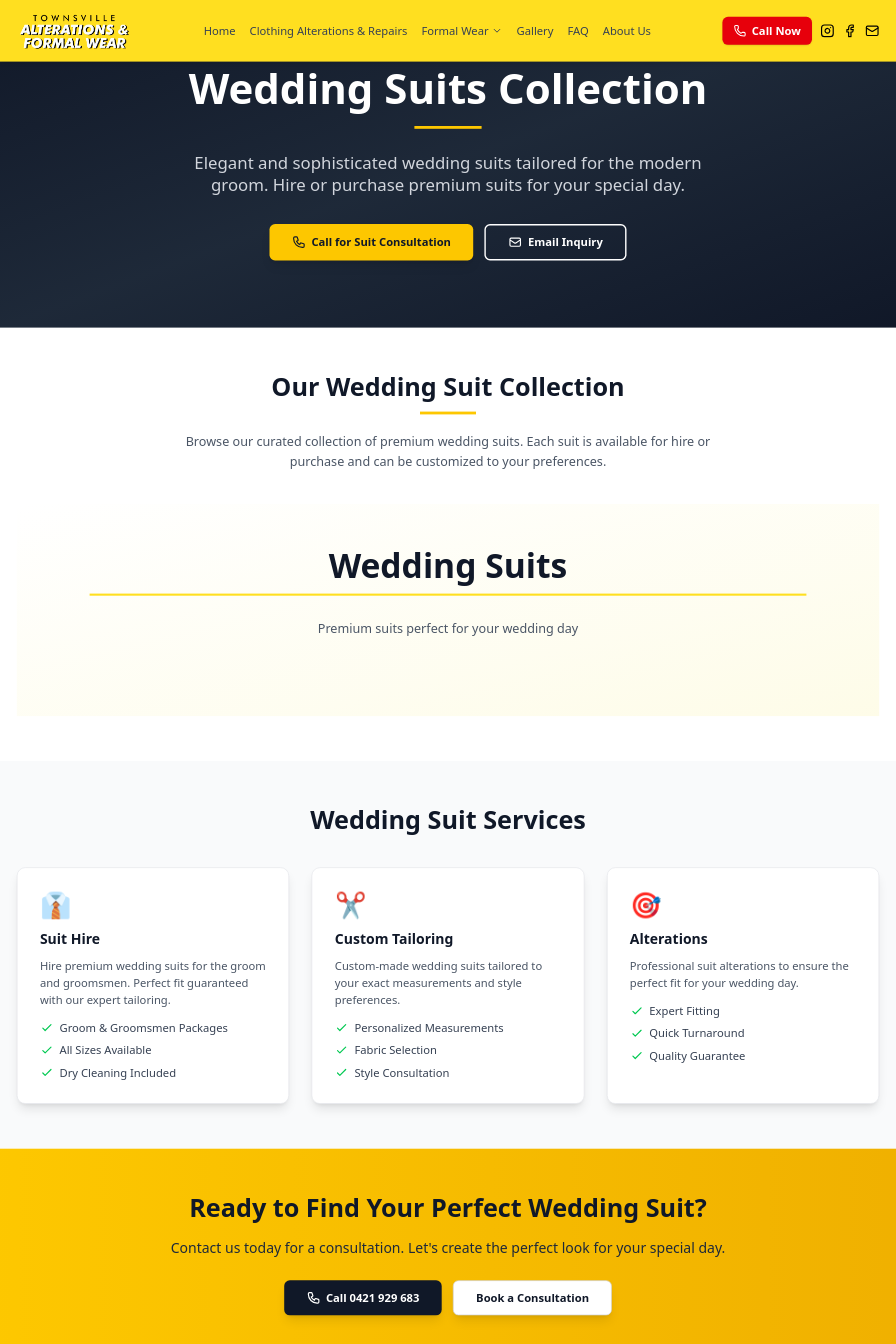
Repository: tarekhasan1/townsville-alteration
Page: /wedding-suits
The author's editor kept a copy of each file at every save. The page is drawn from the files as they stood at one save, then again after the next save.
The browser window is 1280 px wide. The pictures show the part of the page from y = 0 to 1920 px (the page is 2503 px tall before and 2603 px after), at 70% of full size.
The page's requests for data from a server got no answer. The project was rebuilt for these pictures with package versions that can differ from the ones it lists, and the page was loaded fresh each time. The framework's server and built-in components were replaced by stand-ins that run in the browser. No one was signed in, and anything a server would have sent is missing. Also part of the build but not shown: next.config.ts.

Above is the page before, as saved 2026-01-21 06:02:28.

### src/app/layout.tsx
// app/layout.tsx
import type { Metadata } from "next";
import { Geist, Geist_Mono } from "next/font/google";
import "./globals.css";
import Navbar from "@/components/Navbar";
import ContactSection from "@/components/ContactSection";
import DevelopedBy from "@/components/DevelopedBy";
import { headers } from "next/headers";
import LayoutShell from "@/components/LayoutShell";

const geistSans = Geist({
  variable: "--font-geist-sans",
  subsets: ["latin"],
});

const geistMono = Geist_Mono({
  variable: "--font-geist-mono",
  subsets: ["latin"],
});

export const metadata: Metadata = {
  title: "Townsville Alterations and Formal Wear | Tailoring, Suit Hire, Alterations",
  description: "Townsville Alterations and Formal Wear - Reinvent Your Wardrobe. Hire or tailor-make outfits that turn heads. Expert suit hire, bridal alterations, and tailoring in Townsville.",
  keywords: "Townsville Tailoring, Formal Wear Townsville, Suit Hire, Alterations, Wedding Dress Alterations, Custom Tailoring",
  authors: [{ name: "Townsville Alterations & Formal Wear" }],
  creator: "Townsville Alterations & Formal Wear",
  publisher: "Townsville Alterations & Formal Wear",
  robots: "index, follow",
  icons: "/logo.png",
};

export default function RootLayout({ children }: { children: React.ReactNode }) {
  return (
    <html lang="en">
      <body>
        <LayoutShell>{children}</LayoutShell>
      </body>
    </html>
  );
}

### src/app/wedding-suits/page.tsx
// app/wedding-suits/page.tsx
import { Metadata } from 'next';
import ImageGallery from '@/components/ImageGallery';

export const metadata: Metadata = {
  title: 'Wedding Suits Collection | Townsville Alterations & Formal Wear',
  description: 'Browse our premium wedding suit collection for hire and purchase in Townsville. Perfectly tailored suits for grooms, groomsmen, and wedding parties.',
  keywords: ['wedding suits', 'groom suits', 'groomsmen suits', 'wedding attire', 'formal suits Townsville', 'wedding suit hire', 'custom wedding suits'],
  openGraph: {
    title: 'Wedding Suits Collection | Townsville Alterations & Formal Wear',
    description: 'Premium wedding suits for hire and purchase. Perfectly tailored for your special day.',
    type: 'website',
    locale: 'en_AU',
  },
  alternates: {
    canonical: 'https://townsvillealterationsformalwear.com/wedding-suits',
  },
  robots: {
    index: true,
    follow: true,
    googleBot: {
      index: true,
      follow: true,
      'max-video-preview': -1,
      'max-image-preview': 'large',
      'max-snippet': -1,
    },
  },
};

export default function WeddingSuitsPage() {
  return (
    <main>
      {/* Hero Section */}
      <section className="relative bg-gradient-to-br from-gray-900 via-gray-800 to-gray-900 text-white py-16 md:py-24 px-6">
        <div className="max-w-7xl mx-auto text-center">
          <h1 className="text-4xl md:text-5xl lg:text-6xl font-bold mb-6">
            Wedding Suits Collection
          </h1>
          <div className="w-24 h-1 bg-yellow-400 mx-auto mb-8"></div>
          <p className="text-xl md:text-2xl text-gray-300 max-w-3xl mx-auto mb-10">
            Elegant and sophisticated wedding suits tailored for the modern groom.
            Hire or purchase premium suits for your special day.
          </p>
          <div className="flex flex-col sm:flex-row gap-4 justify-center">
            <a
              href="tel:0421929683"
              className="inline-flex items-center justify-center bg-yellow-400 text-gray-900 hover:bg-yellow-500 font-bold py-3 px-8 rounded-lg transition-all duration-300 shadow-lg hover:shadow-xl transform hover:-translate-y-1"
            >
              <svg className="w-5 h-5 mr-2" fill="none" stroke="currentColor" viewBox="0 0 24 24">
                <path strokeLinecap="round" strokeLinejoin="round" strokeWidth="2" d="M3 5a2 2 0 012-2h3.28a1 1 0 01.948.684l1.498 4.493a1 1 0 01-.502 1.21l-2.257 1.13a11.042 11.042 0 005.516 5.516l1.13-2.257a1 1 0 011.21-.502l4.493 1.498a1 1 0 01.684.949V19a2 2 0 01-2 2h-1C9.716 21 3 14.284 3 6V5z" />
              </svg>
              Call for Suit Consultation
            </a>
            <a
              href="mailto:tranglecong2014@gmail.com?subject=Wedding Suit Inquiry"
              className="inline-flex items-center justify-center bg-transparent border-2 border-white text-white hover:bg-white hover:text-gray-900 font-bold py-3 px-8 rounded-lg transition-all duration-300"
            >
              <svg className="w-5 h-5 mr-2" fill="none" stroke="currentColor" viewBox="0 0 24 24">
                <path strokeLinecap="round" strokeLinejoin="round" strokeWidth="2" d="M3 8l7.89 5.26a2 2 0 002.22 0L21 8M5 19h14a2 2 0 002-2V7a2 2 0 00-2-2H5a2 2 0 00-2 2v10a2 2 0 002 2z" />
              </svg>
              Email Inquiry
            </a>
          </div>
        </div>
      </section>

      {/* Gallery Section */}
      <section className="py-16 px-6">
        <div className="max-w-7xl mx-auto">
          <div className="text-center mb-12">
            <h2 className="text-3xl md:text-4xl font-bold text-gray-900 mb-4">
              Our Wedding Suit Collection
            </h2>
            <div className="w-20 h-1 bg-yellow-400 mx-auto mb-6"></div>
            <p className="text-lg text-gray-600 max-w-3xl mx-auto">
              Browse our curated collection of premium wedding suits. Each suit is available for hire
              or purchase and can be customized to your preferences.
            </p>
          </div>

          <ImageGallery
            collection="suits"
            title="Wedding Suits"
            description="Premium suits perfect for your wedding day"
            itemsPerPage={9}
            showContactButton={true}
            contactEmail="tranglecong2014@gmail.com"
            contactSubject="Wedding Suit Inquiry"
            buttonText="Inquire About This Suit"
            showCallButton={true}
            phoneNumber="0421929683"
            callButtonText="Call About This Suit"
          />
        </div>
      </section>

      {/* Services Section */}
      <section className="bg-gray-50 py-16 px-6">
        <div className="max-w-7xl mx-auto">
          <h2 className="text-3xl md:text-4xl font-bold text-center text-gray-900 mb-12">
            Wedding Suit Services
          </h2>

          <div className="grid grid-cols-1 md:grid-cols-3 gap-8">
            <div className="bg-white p-8 rounded-xl shadow-lg border border-gray-200">
              <div className="text-yellow-500 text-4xl mb-4">👔</div>
              <h3 className="text-xl font-bold text-gray-900 mb-3">Suit Hire</h3>
              <p className="text-gray-600">
                Hire premium wedding suits for the groom and groomsmen. Perfect fit guaranteed with our expert tailoring.
              </p>
              <ul className="mt-4 space-y-2">
                <li className="flex items-center text-gray-700">
                  <svg className="w-5 h-5 text-green-500 mr-2" fill="none" stroke="currentColor" viewBox="0 0 24 24">
                    <path strokeLinecap="round" strokeLinejoin="round" strokeWidth="2" d="M5 13l4 4L19 7" />
                  </svg>
                  Groom & Groomsmen Packages
                </li>
                <li className="flex items-center text-gray-700">
                  <svg className="w-5 h-5 text-green-500 mr-2" fill="none" stroke="currentColor" viewBox="0 0 24 24">
                    <path strokeLinecap="round" strokeLinejoin="round" strokeWidth="2" d="M5 13l4 4L19 7" />
                  </svg>
                  All Sizes Available
                </li>
                <li className="flex items-center text-gray-700">
                  <svg className="w-5 h-5 text-green-500 mr-2" fill="none" stroke="currentColor" viewBox="0 0 24 24">
                    <path strokeLinecap="round" strokeLinejoin="round" strokeWidth="2" d="M5 13l4 4L19 7" />
                  </svg>
                  Dry Cleaning Included
                </li>
              </ul>
            </div>

            <div className="bg-white p-8 rounded-xl shadow-lg border border-gray-200">
              <div className="text-yellow-500 text-4xl mb-4">✂️</div>
              <h3 className="text-xl font-bold text-gray-900 mb-3">Custom Tailoring</h3>
              <p className="text-gray-600">
                Custom-made wedding suits tailored to your exact measurements and style preferences.
              </p>
              <ul className="mt-4 space-y-2">
                <li className="flex items-center text-gray-700">
                  <svg className="w-5 h-5 text-green-500 mr-2" fill="none" stroke="currentColor" viewBox="0 0 24 24">
                    <path strokeLinecap="round" strokeLinejoin="round" strokeWidth="2" d="M5 13l4 4L19 7" />
                  </svg>
                  Personalized Measurements
                </li>
                <li className="flex items-center text-gray-700">
                  <svg className="w-5 h-5 text-green-500 mr-2" fill="none" stroke="currentColor" viewBox="0 0 24 24">
                    <path strokeLinecap="round" strokeLinejoin="round" strokeWidth="2" d="M5 13l4 4L19 7" />
                  </svg>
                  Fabric Selection
                </li>
                <li className="flex items-center text-gray-700">
                  <svg className="w-5 h-5 text-green-500 mr-2" fill="none" stroke="currentColor" viewBox="0 0 24 24">
                    <path strokeLinecap="round" strokeLinejoin="round" strokeWidth="2" d="M5 13l4 4L19 7" />
                  </svg>
                  Style Consultation
                </li>
              </ul>
            </div>

            <div className="bg-white p-8 rounded-xl shadow-lg border border-gray-200">
              <div className="text-yellow-500 text-4xl mb-4">🎯</div>
              <h3 className="text-xl font-bold text-gray-900 mb-3">Alterations</h3>
              <p className="text-gray-600">
                Professional suit alterations to ensure the perfect fit for your wedding day.
              </p>
              <ul className="mt-4 space-y-2">
                <li className="flex items-center text-gray-700">
                  <svg className="w-5 h-5 text-green-500 mr-2" fill="none" stroke="currentColor" viewBox="0 0 24 24">
                    <path strokeLinecap="round" strokeLinejoin="round" strokeWidth="2" d="M5 13l4 4L19 7" />
                  </svg>
                  Expert Fitting
                </li>
                <li className="flex items-center text-gray-700">
                  <svg className="w-5 h-5 text-green-500 mr-2" fill="none" stroke="currentColor" viewBox="0 0 24 24">
                    <path strokeLinecap="round" strokeLinejoin="round" strokeWidth="2" d="M5 13l4 4L19 7" />
                  </svg>
                  Quick Turnaround
                </li>
                <li className="flex items-center text-gray-700">
                  <svg className="w-5 h-5 text-green-500 mr-2" fill="none" stroke="currentColor" viewBox="0 0 24 24">
                    <path strokeLinecap="round" strokeLinejoin="round" strokeWidth="2" d="M5 13l4 4L19 7" />
                  </svg>
                  Quality Guarantee
                </li>
              </ul>
            </div>
          </div>
        </div>
      </section>

      {/* CTA Section */}
      <section className="bg-gradient-to-r from-yellow-400 to-yellow-500 py-16 px-6">
        <div className="max-w-4xl mx-auto text-center">
          <h2 className="text-3xl md:text-4xl font-bold text-gray-900 mb-6">
            Ready to Find Your Perfect Wedding Suit?
          </h2>
          <p className="text-lg md:text-xl text-gray-800 mb-8">
            Contact us today for a consultation. Let&apos;s create the perfect look for your special day.
          </p>
          <div className="flex flex-col sm:flex-row gap-4 justify-center">
            <a
              href="tel:0421929683"
              className="inline-flex items-center justify-center bg-gray-900 text-white hover:bg-gray-800 font-bold py-3 px-8 rounded-lg transition-all duration-300 shadow-lg hover:shadow-xl"
            >
              <svg className="w-5 h-5 mr-2" fill="none" stroke="currentColor" viewBox="0 0 24 24">
                <path strokeLinecap="round" strokeLinejoin="round" strokeWidth="2" d="M3 5a2 2 0 012-2h3.28a1 1 0 01.948.684l1.498 4.493a1 1 0 01-.502 1.21l-2.257 1.13a11.042 11.042 0 005.516 5.516l1.13-2.257a1 1 0 011.21-.502l4.493 1.498a1 1 0 01.684.949V19a2 2 0 01-2 2h-1C9.716 21 3 14.284 3 6V5z" />
              </svg>
              Call 0421 929 683
            </a>
            <a
              href="/contact"
              className="inline-flex items-center justify-center bg-white text-gray-900 hover:bg-gray-100 font-bold py-3 px-8 rounded-lg transition-all duration-300 shadow-lg hover:shadow-xl border border-gray-300"
            >
              Book a Consultation
            </a>
          </div>
        </div>
      </section>
    </main>
  );
}

### src/app/globals.css
@import "tailwindcss";

:root {
  --background: #ffffff;
  --foreground: #171717;
}

### src/components/LayoutShell.tsx
// components/LayoutShell.tsx
'use client';

import { usePathname } from 'next/navigation';
import Navbar from '@/components/Navbar';
import ContactSection from '@/components/ContactSection';
import DevelopedBy from '@/components/DevelopedBy';

export default function LayoutShell({ children }: { children: React.ReactNode }) {
  const pathname = usePathname();
  const isAdminRoute = pathname.startsWith('/admin');

  return (
    <>
      {!isAdminRoute && <Navbar />}
      {children}
      {!isAdminRoute && (
        <>
          <ContactSection />
          <DevelopedBy />
        </>
      )}
    </>
  );
}

### src/components/ContactSection.tsx
'use client';

import Image from 'next/image';
import { Facebook, Instagram } from 'lucide-react';

export default function ContactSection() {
  return (
    <footer
      id="contact"
      aria-labelledby="contact-us"
      className="bg-[#f2f2e5] p-8 md:p-12 lg:p-16"
    >
      <div className="mx-auto grid grid-cols-1 md:grid-cols-2 gap-8 items-center">
        <div className="w-full h-auto relative">
          <Image
            src="/tailored-suit.jpg"
            alt="Tailored suits on hangers"
            width={600}
            height={400}
            className="rounded-lg"
            priority
          />
        </div>
        <div className="space-y-6 text-center md:text-left">
          <h2
            id="contact-us"
            className="text-4xl md:text-5xl font-bold text-gray-900 mb-4"
          >
            We&apos;d love to work with you. Call us now.
          </h2>
          <hr className="border-yellow-300 border-[2px]" />
          <div className="space-y-4 text-gray-700">
            <div>
              <h3 className="font-semibold">ADDRESS</h3>
              <p>611 Flinders Street, Townsville</p>
            </div>
            <div>
              <h3 className="font-semibold">PHONE</h3>
              <p>04 219 29683</p>
            </div>
            <div>
              <h3 className="font-semibold">EMAIL</h3>
              <p>
                <a
                  href="mailto:tranglecong2014@gmail.com"
                  className="hover:text-gray-600"
                  aria-label="Email us at sales@tsvalterationsandformalwear.com"
                >
                  tranglecong2014@gmail.com
                </a>
              </p>
            </div>
            <div>
              <h3 className="font-semibold">SOCIAL</h3>
              <div className="flex justify-center md:justify-start space-x-4 text-xl">
                <a
                  target="_blank"
                  href="https://www.facebook.com/DressmakingAlterationsTownsville"
                  aria-label="Facebook - Townsville Alterations and Formal Wear"
                  className="text-gray-800 hover:text-gray-600"
                >
                  <Facebook size={24} />
                </a>
                <a
                  target="_blank"
                  href="https://www.instagram.com/tsvalterationformal?igsh=bXJkaXp3eXN4Yml2"
                  aria-label="Instagram - Townsville Alterations and Formal Wear"
                  className="text-gray-800 hover:text-gray-600"
                >
                  <Instagram size={24} />
                </a>
              </div>
            </div>
          </div>
        </div>
      </div>
    </footer>
  );
}

### src/components/DevelopedBy.tsx
// components/DevelopedBy.js

import React from 'react';

const DevelopedBy = () => {
  return (
    <footer className="bg-gray-900 text-white text-center py-4">
      <p className="text-sm">
        Developed by{' '}
        <a
          href="https://digitalcowboy.com.au"
          className="text-yellow-400 hover:underline"
          target="_blank"
          rel="noopener noreferrer"
        >
          DigitalCowboy
        </a>
      </p>
    </footer>
  );
};

export default DevelopedBy;

### actions/client.action.ts
// lib/client.actions.ts
'use client';

import { collection, getDocs } from "firebase/firestore";
import { db } from "@/firebase/config";

export type CollectionType = 'gallery' | 'featured' | 'suits' | 'wedding-gowns';

export interface ImageData {
  id: string;
  url: string;
  fileName?: string;
  fileSize?: number;
  uploadedAt?: Date;
}

// Fetch images from a specific collection
export const fetchCollectionImages = async (collectionName: CollectionType): Promise<ImageData[]> => {
  try {
    const snapshot = await getDocs(collection(db, collectionName));
    const images = snapshot.docs.map((doc) => ({
      id: doc.id,
      url: doc.data().url as string,
      fileName: doc.data().fileName as string,
      fileSize: doc.data().fileSize as number,
      uploadedAt: doc.data().uploadedAt?.toDate() as Date,
    }));
    return images;
  } catch (error) {
    console.error(`Error fetching ${collectionName} images:`, error);
    throw new Error(`Failed to fetch ${collectionName} images`);
  }
};

// Fetch all images from all collections
export const fetchAllImages = async (): Promise<{
  gallery: ImageData[];
  featured: ImageData[];
  suits: ImageData[];
  weddingGowns: ImageData[];
}> => {
  try {
    const [gallery, featured, suits, weddingGowns] = await Promise.all([
      fetchCollectionImages('gallery'),
      fetchCollectionImages('featured'),
      fetchCollectionImages('suits'),
      fetchCollectionImages('wedding-gowns'),
    ]);

    return { gallery, featured, suits, weddingGowns };
  } catch (error) {
    console.error('Error fetching all images:', error);
    throw new Error('Failed to fetch images');
  }
};

// Fetch images with pagination
export const fetchPaginatedImages = async (
  collectionName: CollectionType,
  page: number,
  itemsPerPage: number
): Promise<{
  images: ImageData[];
  total: number;
  totalPages: number;
}> => {
  try {
    const allImages = await fetchCollectionImages(collectionName);
    const startIndex = page * itemsPerPage;
    const endIndex = startIndex + itemsPerPage;
    const paginatedImages = allImages.slice(startIndex, endIndex);
    const totalPages = Math.ceil(allImages.length / itemsPerPage);

    return {
      images: paginatedImages,
      total: allImages.length,
      totalPages,
    };
  } catch (error) {
    console.error(`Error fetching paginated ${collectionName} images:`, error);
    throw new Error(`Failed to fetch paginated ${collectionName} images`);
  }
};

### src/firebase/config.ts
// Import the functions you need from the SDKs you need
import { initializeApp } from "firebase/app";
import { getFirestore } from 'firebase/firestore';
import { getStorage } from 'firebase/storage';
// TODO: Add SDKs for Firebase products that you want to use
// https://firebase.google.com/docs/web/setup#available-libraries

// Your web app's Firebase configuration
const firebaseConfig = {
  apiKey: process.env.NEXT_PUBLIC_FIREBASE_API_KEY,
  authDomain: process.env.NEXT_PUBLIC_FIREBASE_AUTH_DOMAIN,
  projectId: process.env.NEXT_PUBLIC_FIREBASE_PROJECT_ID,
  storageBucket: process.env.NEXT_PUBLIC_FIREBASE_STORAGE_BUCKET,
  messagingSenderId: process.env.NEXT_PUBLIC_FIREBASE_MESSAGING_SENDER_ID,
  appId: process.env.NEXT_PUBLIC_FIREBASE_APP_ID
};

// Initialize Firebase
const app = initializeApp(firebaseConfig);
export const db = getFirestore(app);
export const storage = getStorage(app);

Loaded but not shown: src/components/Navbar.tsx (200 lines, source omitted); src/components/ImageGallery.tsx (227 lines, source omitted)

After the next save:
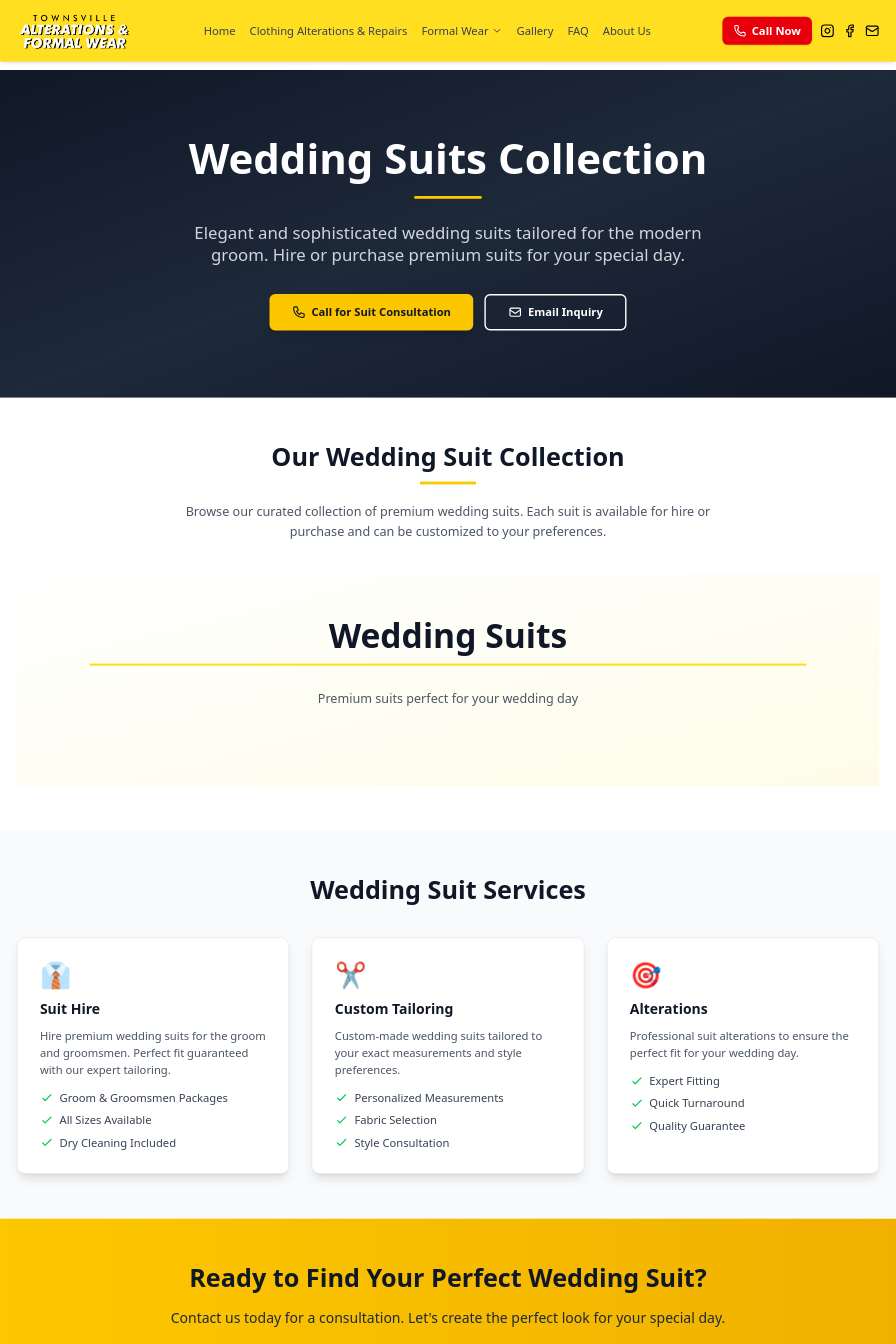
Saved 16 s later.
--- a/src/app/wedding-suits/page.tsx
+++ b/src/app/wedding-suits/page.tsx
@@ -30,7 +30,7 @@ export const metadata: Metadata = {
 
 export default function WeddingSuitsPage() {
   return (
-    <main>
+    <main className='pt-[100px]'>
       {/* Hero Section */}
       <section className="relative bg-gradient-to-br from-gray-900 via-gray-800 to-gray-900 text-white py-16 md:py-24 px-6">
         <div className="max-w-7xl mx-auto text-center">
